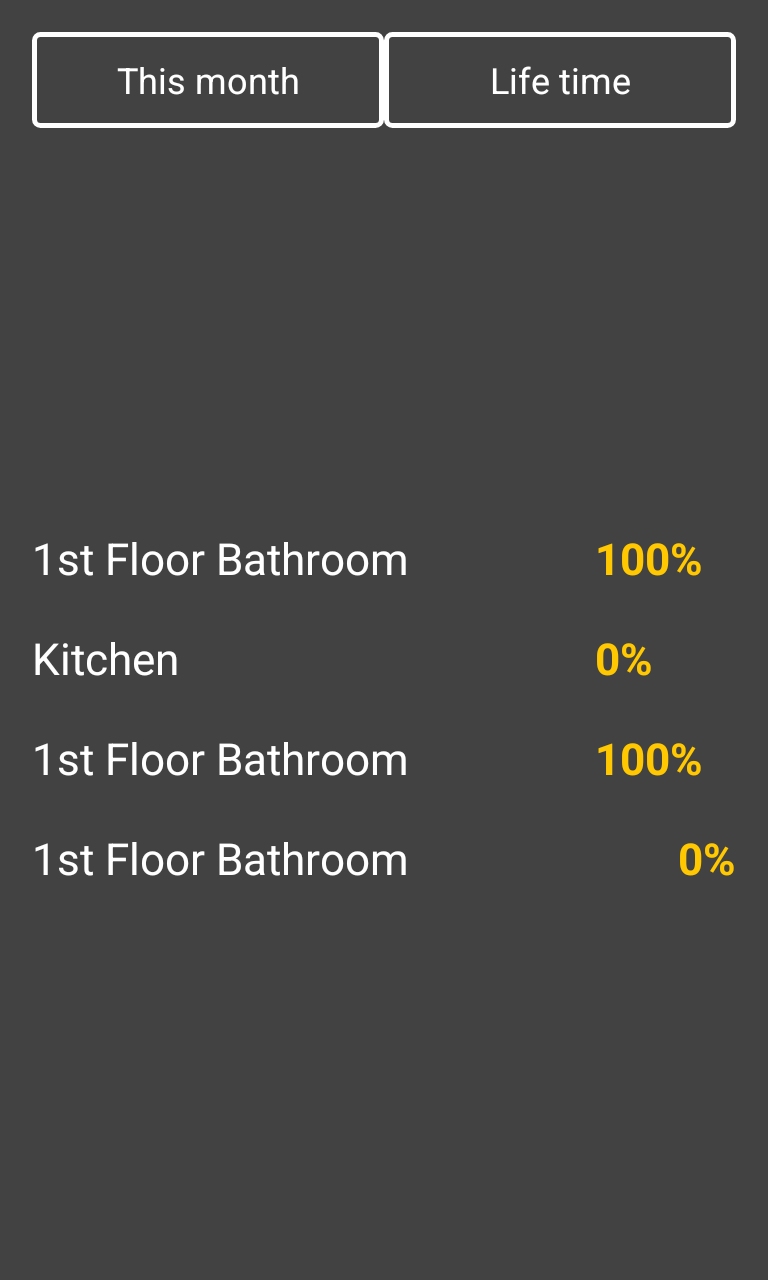
Repository: prabushitha/hydrosaver
Layout: hydrosaver/res/layout/activity_sections.xml
These files come from the project's save history. The layout is drawn as it stood at one moment and after the next save; the edit follows.
It is drawn on a 768 x 1280 px phone screen (xhdpi) without system bars, with theme AppTheme; the app's code is not run.

Above is the layout before, as saved 2016-10-08 16:52:17.

### hydrosaver/res/layout/activity_sections.xml
<RelativeLayout xmlns:android="http://schemas.android.com/apk/res/android"
    xmlns:tools="http://schemas.android.com/tools"
    android:layout_width="match_parent"
    android:layout_height="match_parent"
    android:paddingBottom="@dimen/activity_vertical_margin"
    android:paddingLeft="@dimen/activity_horizontal_margin"
    android:paddingRight="@dimen/activity_horizontal_margin"
    android:paddingTop="@dimen/activity_vertical_margin"
    tools:context="com.whileloop.hydrosaver.SectionsActivity"
    android:background="#424242"
    >

    <TableLayout
    android:layout_width="fill_parent"
    android:layout_height="fill_parent"
    android:stretchColumns="*">
	    <TableRow>
	       <Button android:id="@+id/thismonth"
	                android:layout_width="0dp"
	                android:layout_weight="1"
	                android:layout_height="wrap_content"
	                android:background="@drawable/section_button"
	                android:textColor="#FFFFFF"
	                android:text="This month"/>
	        <Button android:id="@+id/lifetime"
	                 android:layout_width="0dp"
	                 android:layout_weight="1"
	                android:layout_height="wrap_content"
	              	android:textColor="#FFFFFF"
	                android:background="@drawable/section_button"
	                android:text="Life time"/>



	    </TableRow>
	    <TableRow
	        >
	        <TextView android:layout_width="fill_parent"
	                 android:layout_height="wrap_content"
	                android:textColor="#372c24"
	                android:minHeight="200dp"
	          		android:textSize="18sp"

	               />
	    </TableRow>
	    <TableRow>

	        <TextView
		        android:layout_width="0dp"
		        android:layout_height="wrap_content"
		        android:textAppearance="?android:attr/textAppearanceLarge"
		        android:text="1st Floor Bathroom"
		        android:textColor="#ffffff"
		        android:minHeight="100px"
		        android:singleLine="true"
		        android:layout_weight="8"
		        android:ellipsize="end" />

		    <TextView
		        android:layout_width="0dp"
		        android:layout_height="wrap_content"
		        android:textAppearance="?android:attr/textAppearanceLarge"
		        android:text="100%"
		        android:textColor="#ffc800"
		        android:id="@+id/txtPrecentage"
		        android:minHeight="100px"
		        android:singleLine="false"
		        android:layout_weight="2"
		        android:textStyle="bold"/>

	    </TableRow>

	    <TableRow>

	        <TextView
		        android:layout_width="0dp"
		        android:layout_height="wrap_content"
		        android:textAppearance="?android:attr/textAppearanceLarge"
		        android:text="Kitchen"
		        android:textColor="#ffffff"
		        android:minHeight="100px"
		        android:singleLine="true"
		        android:layout_weight="8"
		        android:ellipsize="end" />

		    <TextView
		        android:layout_width="0dp"
		        android:layout_height="wrap_content"
		        android:textAppearance="?android:attr/textAppearanceLarge"
		        android:text="0%"
		        android:textColor="#ffc800"
		        android:minHeight="100px"
		        android:singleLine="false"
		        android:layout_weight="2"
		        android:textStyle="bold"/>

	    </TableRow>

	    <TableRow>

	        <TextView
		        android:layout_width="0dp"
		        android:layout_height="wrap_content"
		        android:textAppearance="?android:attr/textAppearanceLarge"
		        android:text="1st Floor Bathroom"
		        android:textColor="#ffffff"
		        android:id="@+id/txtName"
		        android:minHeight="100px"
		        android:singleLine="true"
		        android:layout_weight="8"
		        android:ellipsize="end" />

		    <TextView
		        android:layout_width="0dp"
		        android:layout_height="wrap_content"
		        android:textAppearance="?android:attr/textAppearanceLarge"
		        android:text="100%"
		        android:textColor="#ffc800"
		        android:minHeight="100px"
		        android:singleLine="false"
		        android:layout_weight="2"
		        android:textStyle="bold"/>

	    </TableRow>

	    <TableRow>

	        <TextView
		        android:layout_width="0dp"
		        android:layout_height="wrap_content"
		        android:textAppearance="?android:attr/textAppearanceLarge"
		        android:text="1st Floor Bathroom"
		        android:textColor="#ffffff"
		        android:minHeight="100px"
		        android:singleLine="true"
		        android:layout_weight="8"
		        android:ellipsize="end" />

		    <TextView
		        android:layout_width="0dp"
		        android:layout_height="wrap_content"
		        android:textAppearance="?android:attr/textAppearanceLarge"
		        android:text="0%"
		        android:textColor="#ffc800"
		        android:minHeight="100px"
		        android:singleLine="false"
		        android:layout_weight="2"
		        android:textStyle="bold"
		        android:gravity="right"
		        />

	    </TableRow>


	</TableLayout>

</RelativeLayout>

### hydrosaver/res/drawable-mdpi/section_button.xml
<?xml version="1.0" encoding="utf-8"?>
<shape xmlns:android="http://schemas.android.com/apk/res/android"
  android:shape="rectangle">

  <corners android:radius="3dp" />
  <stroke android:width="5px" android:color="#FFFFFF" />
</shape>

Loaded but not shown: hydrosaver/res/values/styles.xml (common file); hydrosaver/res/values-v11/styles.xml (common file); hydrosaver/res/values-v14/styles.xml (common file); hydrosaver/res/values/dimens.xml (common file); hydrosaver/res/values-w820dp/dimens.xml (common file)

After the next save:
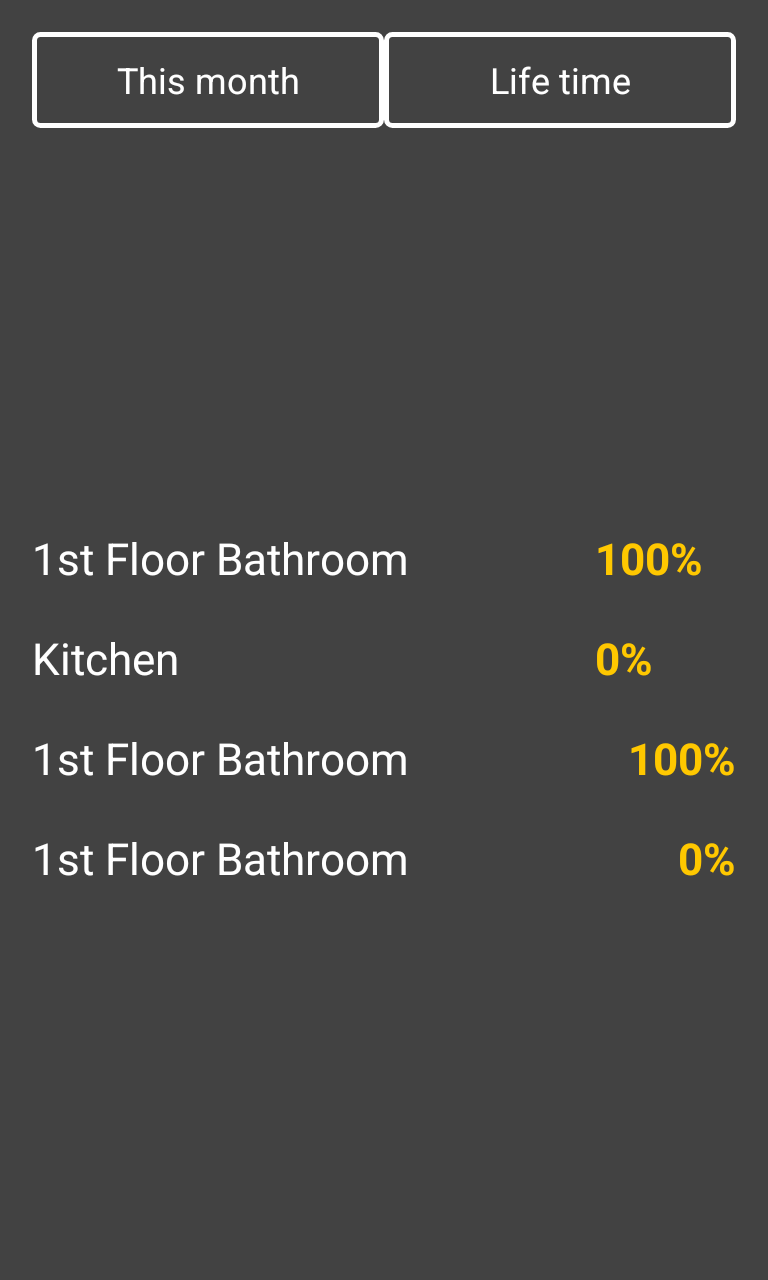
Saved 13 s later.
--- a/hydrosaver/res/layout/activity_sections.xml
+++ b/hydrosaver/res/layout/activity_sections.xml
@@ -119,7 +119,8 @@
 		        android:minHeight="100px"
 		        android:singleLine="false"
 		        android:layout_weight="2"
-		        android:textStyle="bold"/>
+		        android:textStyle="bold"
+		        android:gravity="right"/>
 
 	    </TableRow>
 
